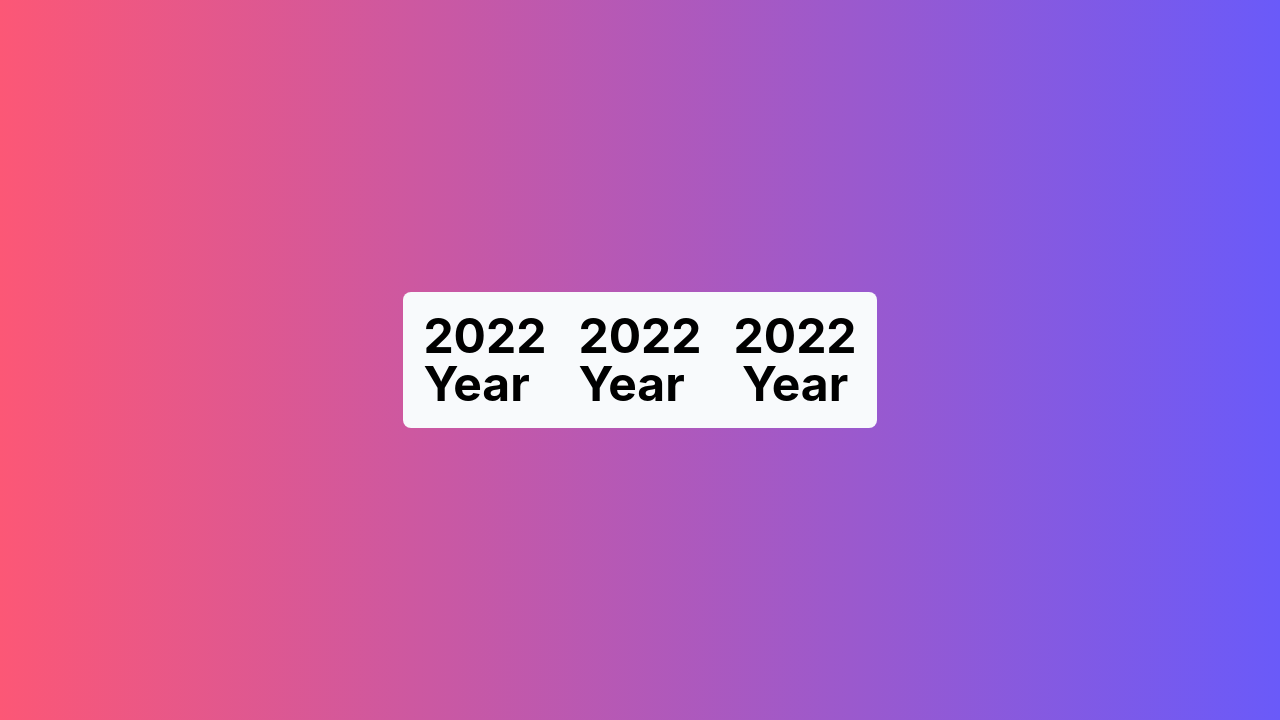
Repository: huynhsang96/bt_codegymHook
Page: /
These files come from the project's save history. The page is drawn as it stood at one moment and after a run of saves; the edit follows.
The browser window is 1280 px wide. The pictures show the whole page.
The project was rebuilt for these pictures with package versions that can differ from the ones it lists, and the page was loaded fresh each time.

Above is the page before, as saved 2022-04-29 16:34:11.

After the next 2 saves:
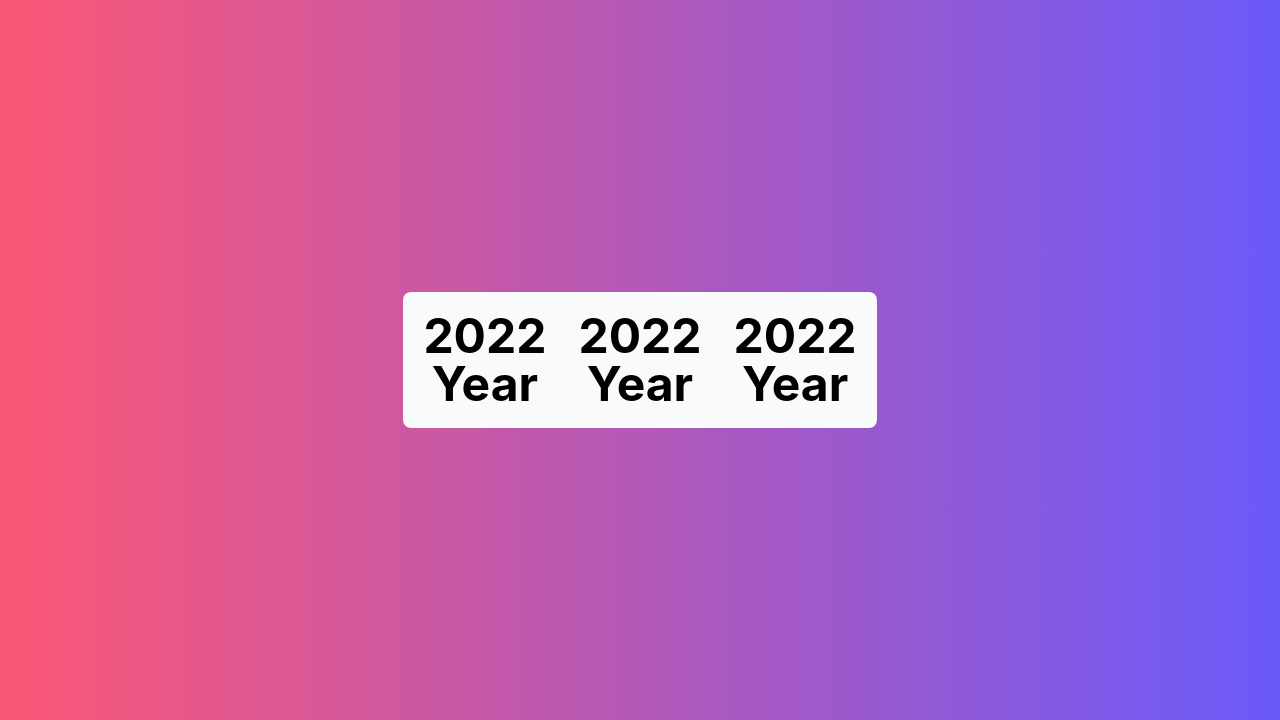
The 2 saves are shown as one change because they came seconds apart.
The last was saved 11 s later.
--- a/src/component/ClockHook/Clock.js
+++ b/src/component/ClockHook/Clock.js
@@ -20,11 +20,11 @@ const Clock = () => {
 	return (
 		<div className="p-5 w-full h-full mx-auto">
 			<ul className="flex flex-row gap-8 bg-slate-50 p-5 rounded-lg">
-				<li className="flex flex-col justify-center">
+				<li className="flex flex-col justify-center text-center">
 					<span className="font-bold text-5xl">{years}</span>
 					<span className="font-bold text-5xl">Year</span>
 				</li>
-				<li className="flex flex-col justify-center">
+				<li className="flex flex-col justify-center text-center">
 					<span className="font-bold text-5xl">{years}</span>
 					<span className="font-bold text-5xl">Year</span>
 				</li>
